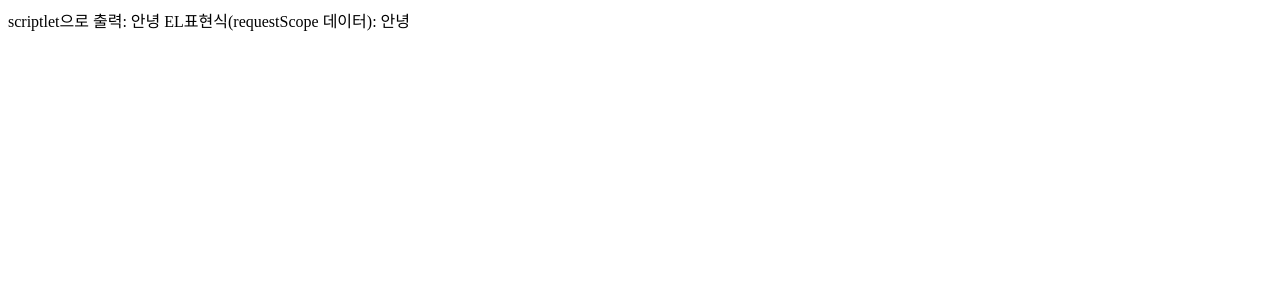
Repository: Heo-sh/Web_Development
Page: http://localhost/Ex_0419_EL/ex01_el.jsp
These files come from the project's save history. The page is drawn as it stood at one moment and after the next save; the edit follows.
The browser window is 1280 px wide. The pictures show the whole page.
The page is served by Tomcat 9.

Above is the page before, as saved 2023-04-19 06:20:41.

After the next save:
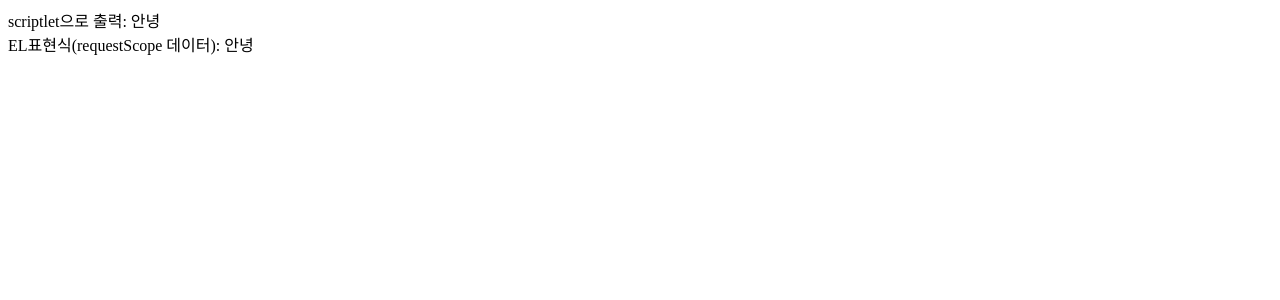
Saved 7 s later.
--- a/Ex_0419_EL/WebContent/ex01_el.jsp
+++ b/Ex_0419_EL/WebContent/ex01_el.jsp
@@ -39,7 +39,7 @@
 		<title>Insert title here</title>
 	</head>
 	<body>
-		scriptlet으로 출력: <%= msg %>
+		scriptlet으로 출력: <%= msg %> <br>
 		EL표현식(requestScope 데이터): ${requestScope.key1}<br>
 	</body>
 </html>
